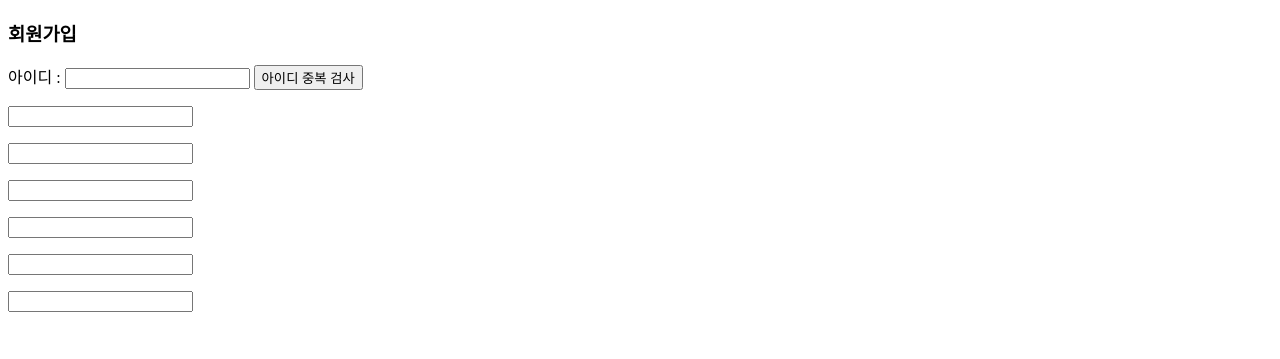
Repository: byeolchorong/ITedunet
Page: http://localhost/JSPBook/chapter06/form02.jsp
These files come from the project's save history. The page is drawn as it stood at one moment and after the next save; the edit follows.
The browser window is 1280 px wide. The pictures show the whole page.
The page is served by Tomcat 10. Nobody is signed in. The application's start-up code is not run.

Above is the page before, as saved 2025-05-26 05:32:38.

After the next save:
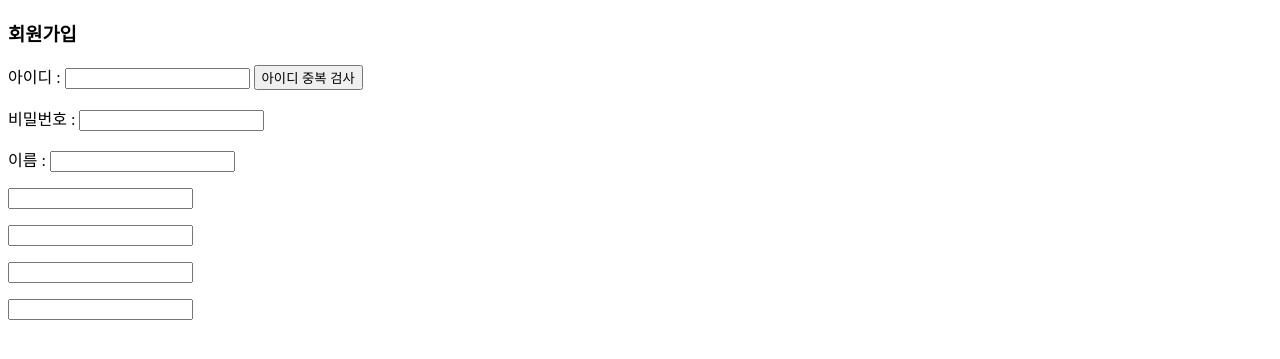
Saved 65 s later.
--- a/JSP/JSPBook/src/main/webapp/chapter06/form02.jsp
+++ b/JSP/JSPBook/src/main/webapp/chapter06/form02.jsp
@@ -9,13 +9,13 @@
 <body>
 	<h3>회원가입</h3>
 	<form action="#" name="member" method="get">
-		<p> 아이디 : <input type="text" name="id" > <input type="button" value="아이디 중복 검사" >
-		<p> <input type="" name="" >
-		<p> <input type="" name="" >
-		<p> <input type="" name="" >
-		<p> <input type="" name="" >
-		<p> <input type="" name="" >
-		<p> <input type="" name="" >
+		<p> 아이디 : <input type="text" name="id" > <input type="button" value="아이디 중복 검사">
+		<p> 비밀번호 : <input type="password" name="passwd">
+		<p> 이름 : <input type="text" name="name">
+		<p>  <input type="" name="" >
+		<p>  <input type="" name="" >
+		<p>  <input type="" name="" >
+		<p>  <input type="" name="" >
 	</form>
 </body>
 </html>
